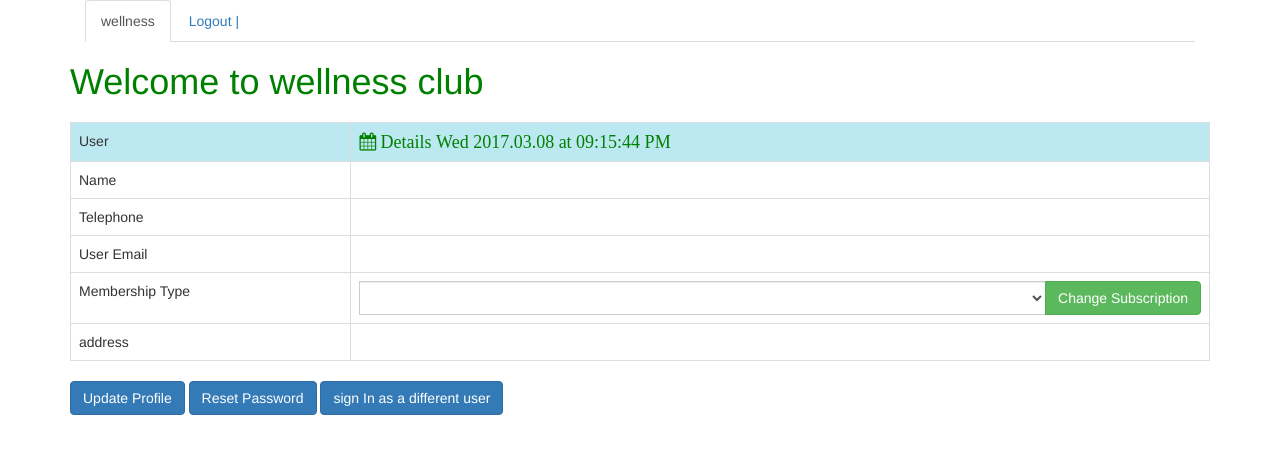
Repository: tonypaolucci/hibernate_lab
Page: http://localhost/wellness/WEB-INF/views/wellness.jsp
These files come from the project's save history. The page is drawn as it stood at one moment and after the next save; the edit follows.
The browser window is 1280 px wide. The pictures show the whole page.
Some web libraries are served in a nearby version. The page is served by Tomcat 9. Nobody is signed in. Other server files are loaded and not shown. The template is opened directly, without the code that normally fills it, so the values that code supplies are empty.

Above is the page before, as saved 2017-03-09 22:50:08.
Console error (its wording comes from the project's code and is left out).

### wellnessClub/src/main/java/com/wellness/src/main/webapp/WEB-INF/views/wellness.jsp
<%@ page language="java" contentType="text/html; charset=UTF-8"
         pageEncoding="UTF-8" %>
<%@ taglib uri="http://java.sun.com/jsp/jstl/core" prefix="c" %>
<%@ taglib prefix="fmt" uri="http://java.sun.com/jsp/jstl/fmt" %>
<%@ page import="java.text.NumberFormat" %>
<%@ taglib uri="http://java.sun.com/jsp/jstl/functions" prefix="fn" %>
<%@ page import="java.io.*,java.util.*" %>
<%java.text.DateFormat date = new java.text.SimpleDateFormat("E yyyy.MM.dd 'at' hh:mm:ss a "); %>

<!DOCTYPE html>
<html lang="en">
  <head>
    <meta charset="utf-8">
    <meta http-equiv="X-UA-Compatible" content="IE=edge">
    <meta name="viewport" content="width=device-width, initial-scale=1">
    <title>Title</title>
    <link rel="stylesheet" href="https://maxcdn.bootstrapcdn.com/bootstrap/3.3.7/css/bootstrap.min.css">
	<link rel="stylesheet" href="https://cdnjs.cloudflare.com/ajax/libs/font-awesome/4.6.3/css/font-awesome.min.css">
    <script>
    window.history.forward();
    </script>

  </head>
  <body>
	<header>
			<div class="navigation">
				<div class="container">
					<div class="navbar-header">
						<button type="button" class="navbar-toggle collapsed" data-toggle="collapse" data-target=".navbar-collapse.collapse">
							<span class="sr-only">Toggle navigation</span>
							<span class="icon-bar"></span>
							<span class="icon-bar"></span>
							<span class="icon-bar"></span>
						</button>
					</div>

					<div class="navbar-collapse collapse">
						<div class="menu">
							<ul class="nav nav-tabs" role="tablist">
<!-- 								<li ><a href="index">Home</a></li> -->
<!-- 								<li><a href="about">About Us</a></li>																 -->
<!-- 								<li><a href="contact">Contact Us</a></li>	 -->
<!-- 								<li><a href="signups">Sign up</a></li> -->
<!-- 								<li><a href="login">login</a></li>	 -->
								<li class="active"><a href="">wellness</a></li>
								<li><a href="index">Logout | ${user}</a></li>
							</ul>
						</div>
					</div>
				</div>
			</div>
	</header>

	<div class="container">

			<div>
				<h1 style="color: #008000">Welcome to wellness club </h1>
				<p style="color: #008000">${msg} </p>
				<h2 style="color: #008000">${message}</h2>
				<h2 style="color: #008000">${success} </h2>
				<h2 style="color: #FF0000">${error} </h2>
				<h2 style="color: #FF0000">${email} </h2>

			</div>
		<div>
		<table class="table table-hover table-bordered">
						<tr style="background-color: #bce8f1;">
                    	 	<td>

					           User

						     </td>
						     <td>

						     <span class="fa fa-calendar" style="font-size:18px;color:green; padding-top: 2px;">
					         Details <%= date.format(new java.util.Date()) %>
					         </span>

						      </td>
                    	 </tr>
                    	 <tr>
                    	    <td>Name </td> <td><c:out value="${attribs.fname}"/> <c:out value="${attribs.lname}"/></td>
                    	 </tr>
                    	 <tr>
                    	    <td>Telephone</td> <td><c:out value="${attribs.tel}"/></td>
                    	 </tr>
                    	 <tr>
                    	 	<td>User Email  </td><td><c:out value="${attribs.emailAddress}"/></td>
                    	 </tr>
                    	 <tr>
                    	    <td>
                    	    Membership Type
                    	    </td>
	                    	    <td>
	                    	           <form action="changeSubscriptionType">
										    <div class="input-group add-on">
										      <input type="hidden" name="id" value="${attribs.id}"/>
										      <select name="subscription" id="subscription" class="form-control input">
										      	  <option value="Life Time Membership">Life Time Membership $400</option>
                                                  <option value="Anual Subscription" >Annual Subscription $100</option>
                                                  <option value="Monthly Subscription" >Monthly Subscription $35</option>
                                                  <option value="" selected>${attribs.subscription}</option>
                                             </select>
										      <div class="input-group-btn">
										         <button class="btn btn-success" type="submit"  title="assign roles">Change Subscription</button>
										      </div>
										    </div>
									 </form>

                    	    </td>
                    	 </tr>
                    	 <tr>
                    	    <td>address </td> <td><c:out value="${attribs.address}"/> <c:out value="${attribs.city}"/> <c:out value="${attribs.state}"/> <c:out value="${attribs.zip}"/></td>
                    	 </tr>

    		  </table>
    		  <a class="btn btn-primary"  href="userEdits?id=<c:out value='${attribs.id}'/>"> Update Profile</a>
			  <a class="btn btn-primary" href="resetpassword">Reset Password</a>
			  <a class="btn btn-primary" href="login">sign In as a different user</a>
		</div>
	</div>



	<div class="container">

		</div>

  </body>
   <script src="https://maxcdn.bootstrapcdn.com/bootstrap/3.3.7/js/bootstrap.min.js"></script>
 	 <script src="https://ajax.googleapis.com/ajax/libs/jquery/3.1.1/jquery.min.js"></script>

 	 <!-- <script>

 	$("#submit").on("click",function(){

 		 var numeric =/^-{0,1}\d*\.{0,1}\d+$/;
 	     var validemails = /^\w+([\.-]?\w+)*@\w+([\.-]?\w+)*(\.\w{2,3})+$/;

		 	   $("#eln").html('Last Name');
		 	   $('#eln').css('color', '#000000');

		 	   $("#efn").html('First Name');
			   $('#efn').css('color', '#000000');

			   $("#ead").html('Address ');
			   $('#ead').css('color', '#000000');

			   $("#etl").html('Job Title ');
			   $('#etl').css('color', '#000000');

			   $("#eem").html('Email');
			   $('#eem').css('color', '#000000');

			   $("#eag").html('Age');
			   $('#eag').css('color', '#000000');

			   $("#etel").html('Telephone.');
			   $('#etel').css('color', '#000000');


 				if ($.trim($("#ln").val())==="") {
 					$("#eln").html('Last Name Required');
 					$('#eln').css('color', '#FF0000');
 			        $("#ln").focus();
 			        return false;
 			    }

 				if ($.trim($("#fn").val())=="") {
 					$("#efn").html('First Name required');
 					$('#efn').css('color', '#FF0000');
 			        $("#fn").focus();
 			        return false;
 			    }

 				if ($.trim($("#ad").val())=="") {
 					$("#ead").html('Address Required');
 					$('#ead').css('color', '#FF0000');
 			        $("#ad").focus();
 			        return false;
 			    }

 				if ($.trim($("#tl").val())=="") {
 					$("#etl").html('Title Required');
 					$('#etl').css('color', '#FF0000');
 			        $("#tl").focus();
 			        return false;
 			    }

 				if ($.trim($("#tel").val())==0 || !($.trim($("#tel").val().match(numeric)))) {
 					$("#etel").html('Numbers only for Tel.');
 					$('#etel').css('color', '#FF0000');
 			        $("#tel").focus();
 			        return false;
 			    }

 				if (!($.trim($("#em").val().match(validemails)))) {
 					$("#eem").html('Email required');
 					$('#eem').css('color', '#FF0000');
 			        $("#em").focus();
 			        return false;
 			    }

 				if (!($.trim($("#ag").val().match(numeric))) ) {
 					$("#eag").html('Enter Age');
 					$('#eag').css('color', '#FF0000');
 			        $("#ag").focus();
 			        return false;
 			    }

 				if ($.trim($("#ag").val()) < 21 && $.trim($("#ag").val()) > 65 ) {
 					$("#eag").html('Must be between 21 and 65');
 					$('#eag').css('color', '#FF0000');
 			        $("#ag").focus();
 			        return false;
 			    }

 			});



 	 </script>
 	  -->

</html>

After the next save:
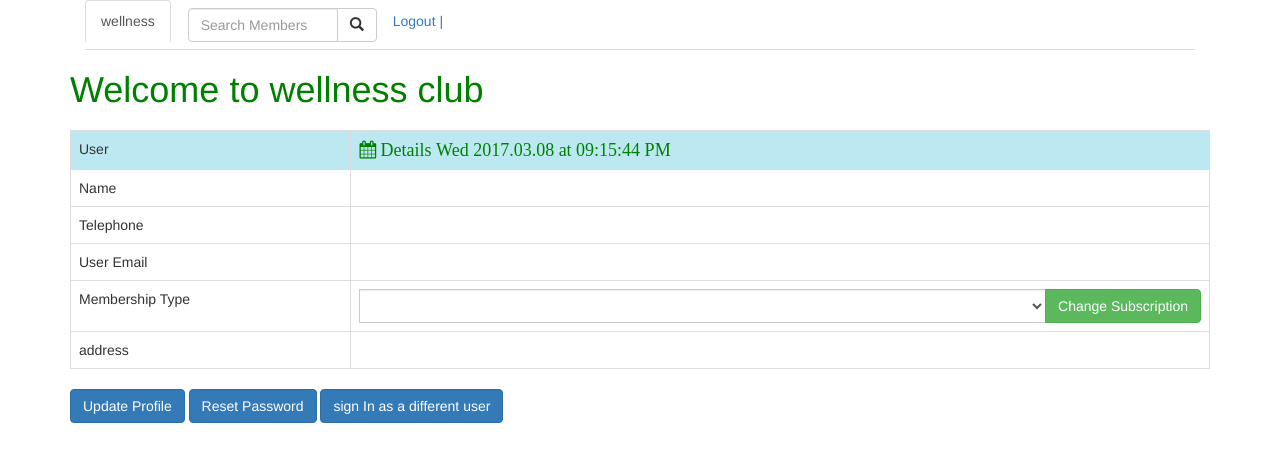
Saved 5 min 22 s later.
--- a/wellnessClub/src/main/java/com/wellness/src/main/webapp/WEB-INF/views/wellness.jsp
+++ b/wellnessClub/src/main/java/com/wellness/src/main/webapp/WEB-INF/views/wellness.jsp
@@ -43,6 +43,16 @@
 <!-- 								<li><a href="signups">Sign up</a></li> -->
 <!-- 								<li><a href="login">login</a></li>	 -->
 								<li class="active"><a href="">wellness</a></li>
+								<li role="presentation" class="small">
+									<form class="navbar-form navbar-right" role="search"  action="LookupMembers">
+										    <div class="input-group add-on">
+										      <input type="text" class="form-control" placeholder="Search Members" name="LookupMembers" id="LookupMembers" SIZE='13'>
+										      <div class="input-group-btn">
+										        <button class="btn btn-default" type="submit"><i class="glyphicon glyphicon-search"></i></button>
+										      </div>
+										    </div>
+									 </form>
+						        </li>
 								<li><a href="index">Logout | ${user}</a></li>
 							</ul>
 						</div>
